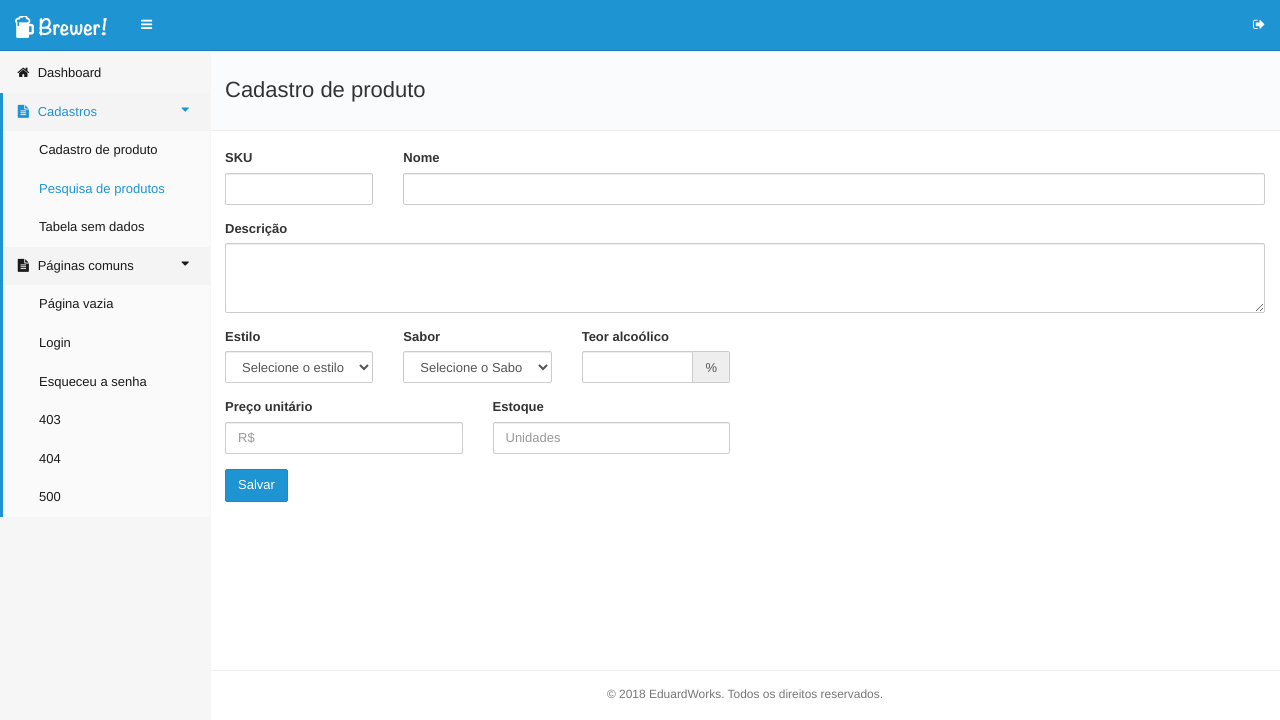
Repository: dumuller/spring-expert
Page: http://localhost/cerveja/CadastroCerveja
The author's editor kept a copy of each file at every save. The page is drawn from the files as they stood at one save, then again after the next save.
The browser window is 1280 px wide. The pictures show the whole page.
The page is this project's Thymeleaf template; nobody is signed in. The template is opened directly, without the code that normally fills it, so the values that code supplies are empty.

Above is the page before, as saved 2018-12-10 16:41:26.

### brewer/src/main/resources/templates/cerveja/CadastroCerveja.html
<!DOCTYPE html>
<html lang="pt"xmlns="http://www.w3.org/1999/xhtml "
	           xmlns:th="http://www.thymeleaf.org">
<head>
	<meta charset="UTF-8"/>
	<meta http-equiv="X-UA-Compatible" content="IE=edge"/>
	<meta name="viewport" content="width=device-width, initial-scale=1"/>

	<title>Brewer</title>

	<link rel="stylesheet" type="text/css" href="/brewer/layout/stylesheets/vendors.min.css"/>
	<link rel="stylesheet" type="text/css" href="/brewer/layout/stylesheets/algaworks.min.css"/>
	<link rel="stylesheet" type="text/css" href="/brewer/layout/stylesheets/application.css"/>

	<!-- HTML5 shim and Respond.js for IE8 support of HTML5 elements and media queries -->
	<!-- WARNING: Respond.js doesn't work if you view the page via file:// -->
	<!--[if lt IE 9]>
		<script src="https://oss.maxcdn.com/html5shiv/3.7.2/html5shiv.min.js"></script>
		<script src="https://oss.maxcdn.com/respond/1.4.2/respond.min.js"></script>
	<![endif]-->
</head>
<body>

	<div class="aw-layout-page">


	<nav class="navbar  navbar-fixed-top  navbar-default  js-sticky-reference" id="main-navbar">
	  <div class="container-fluid">

	    <div class="navbar-header">
	      <a class="navbar-brand  hidden-xs" href="#">
	        <img alt="AlgaWorks" src="/brewer/images/logo.png"/>
	      </a>

	      <ul class="nav  navbar-nav">
	        <li>
	          <a href="#" class="js-sidebar-toggle"><i class="fa  fa-bars"></i></a>
	        </li>
	      </ul>
	    </div>

	    <ul class="nav navbar-nav  navbar-right">

	      <li>
	        <a href="#"><em class="fa  fa-sign-out"></em></a>
	      </li>
	    </ul>

	  </div>
	</nav>

	<aside class="aw-layout-sidebar  js-sidebar">
		<div class="aw-layout-sidebar__content">

	    	<nav class="aw-menu  js-menu">
	      		<ul class="aw-menu__list">

	        	<li class="aw-menu__item">
	         	 	<a href="dashboard.html"><i class="fa  fa-fw  fa-home"></i><span>Dashboard</span></a>
	       		</li>

	        	<li class="aw-menu__item  is-active">
	          	<a href="#">
	            	<i class="fa  fa-fw  fa-file-text"></i><span>Cadastros</span>
	            	<i class="aw-menu__navigation-icon  fa"></i>
	          	</a>

	          	<ul class="aw-menu__list  aw-menu__list--sublist">
	            	<li class="aw-menu__item  aw-menu__item--link"><a href="cadastro-produto.html">Cadastro de produto</a></li>
	            	<li class="aw-menu__item  aw-menu__item--link  is-active"><a href="pesquisa-produtos.html">Pesquisa de produtos</a></li>
	            	<li class="aw-menu__item  aw-menu__item--link"><a href="tabela-sem-dados.html">Tabela sem dados</a></li>
	          	</ul>
	        	</li>

	        	<li class="aw-menu__item  is-expanded">
	          	<a href="#">
	            	<i class="fa  fa-fw  fa-file-text"></i><span>Páginas comuns</span>
	            	<i class="aw-menu__navigation-icon  fa"></i>
	          	</a>

	          	<ul class="aw-menu__list  aw-menu__list--sublist">
	            	<li class="aw-menu__item  aw-menu__item--link"><a href="pagina-vazia.html">Página vazia</a></li>
	            	<li class="aw-menu__item  aw-menu__item--link"><a href="login.html">Login</a></li>
	            	<li class="aw-menu__item  aw-menu__item--link"><a href="esqueceu-a-senha.html">Esqueceu a senha</a></li>
	            	<li class="aw-menu__item  aw-menu__item--link"><a href="403.html">403</a></li>
	            	<li class="aw-menu__item  aw-menu__item--link"><a href="404.html">404</a></li>
	            	<li class="aw-menu__item  aw-menu__item--link"><a href="500.html">500</a></li>
	          	</ul>
	        	</li>

	      		</ul>
	    	</nav>

		</div>
	</aside>

	<section class="aw-layout-content  js-content">


		<div class="page-header">
			<div class="container-fluid">
				<h1>
					Cadastro de produto
				</h1>
			</div>
		</div>

		<div class="container-fluid">

			<!-- <div class="alert  alert-danger  alert-dismissible" role="alert">
				<button type="button" class="close" data-dismiss="alert" aria-label="Close"><span aria-hidden="true">&times;</span></button>
				<i class="fa  fa-exclamation-circle"></i> Já existe um produto com o nome informado.
			</div> -->

			<form method="POST" th:object="${cerveja}" class="form-vertical  js-form-loading">
				<div class="row">
						<div class="col-sm-2 form-group">
							<label for="sku">SKU</label>
							<input id="sku" type="text" class="form-control"/>
						</div>

						<div class="col-sm-10 form-group">
							<label for="nome">Nome</label>
							<input id="nome" type="text" class="form-control"></input>
						</div>

				</div>

				<div class="form-group">
					<label for="descricao">Descrição</label>
					<textarea id="descricao" rows="3" class="form-control"></textarea>
				</div>

				<div class="row">
						<div class="col-sm-2 form-group">
							<label for="estilo">Estilo</label>
							<select id="estilo" class="form-control">
								<option value="">Selecione o estilo</option>
								<option value="1">Pale Ale</option>
								<option value="2">Pilsen</option>
								<option value="3">Weiss</option>
								<option value="4">IPA</option>
							</select>
						</div>

						<div class="col-sm-2 form-group">
							<label for="sabor">Sabor</label>
							<select id="sabor" class="form-control">
								<option value="">Selecione o Sabor</option>
								<option value="1">Trigo</option>
								<option value="2">Frutada</option>
								<option value="3">Puro Malte</option>
							</select>
						</div>

						<div class="col-sm-2 form-group">
							<label for="teorAlcoolico">Teor alcoólico</label>
							<div class="input-group">
								<input id="teorAlcoolico" type="text" class="form-control"/>
								<div class="input-group-addon">%</div>
							</div>

						</div>
				</div>

				<div class="row">
					<div class="col-sm-3">
						<div class="form-group">
							<label for="input-produto-preco">Preço unitário</label>
							<input id="input-produto-preco" type="text" class="form-control" placeholder="R$"/>
						</div>
					</div>

					<div class="col-sm-3">
						<div class="form-group">
							<label for="input-produto-estoque">Estoque</label>
							<input id="input-produto-estoque" type="text" class="form-control" placeholder="Unidades"/>
						</div>
					</div>
				</div>

				<div class="form-group">
					<button class="btn  btn-primary" type="submit">Salvar</button>
				</div>

			</form>
		</div>

	</section>

	<footer class="aw-layout-footer  js-content">
		<div class="container-fluid">
			<span class="aw-footer-disclaimer">&copy; 2018 EduardWorks. Todos os direitos reservados.</span>
		</div>
	</footer>

</div>

<script src="/brewer/layout/javascripts/vendors.min.js"></script>
<script src="/brewer/layout/javascripts/algaworks.min.js"></script>

</body>
</html>

### brewer/src/main/resources/static/layout/stylesheets/application.css
.table-pesq-produto-col-preco {
  min-width: 130px;
  text-align: center;
  display: none !important;
}
@media (min-width: 992px) {
  .table-pesq-produto-col-preco {
    display: block !important;
  }
  table.table-pesq-produto-col-preco {
    display: table !important;
  }
  tr.table-pesq-produto-col-preco {
    display: table-row !important;
  }
  th.table-pesq-produto-col-preco,
  td.table-pesq-produto-col-preco {
    display: table-cell !important;
  }
}
.table-pesq-produto-col-estoque {
  min-width: 100px;
  text-align: center;
  display: none !important;
}
@media (min-width: 992px) {
  .table-pesq-produto-col-estoque {
    display: block !important;
  }
  table.table-pesq-produto-col-estoque {
    display: table !important;
  }
  tr.table-pesq-produto-col-estoque {
    display: table-row !important;
  }
  th.table-pesq-produto-col-estoque,
  td.table-pesq-produto-col-estoque {
    display: table-cell !important;
  }
}
.table-pesq-produto-col-status {
  min-width: 100px;
  text-align: center;
}
.table-pesq-produto-col-acoes {
  min-width: 105px;
  text-align: center;
}

Loaded but not shown: brewer/src/main/resources/static/layout/stylesheets/vendors.min.css (library); brewer/src/main/resources/static/layout/stylesheets/algaworks.min.css (library); brewer/src/main/resources/static/layout/javascripts/vendors.min.js (library); brewer/src/main/resources/static/layout/javascripts/algaworks.min.js (common file)

After the next save:
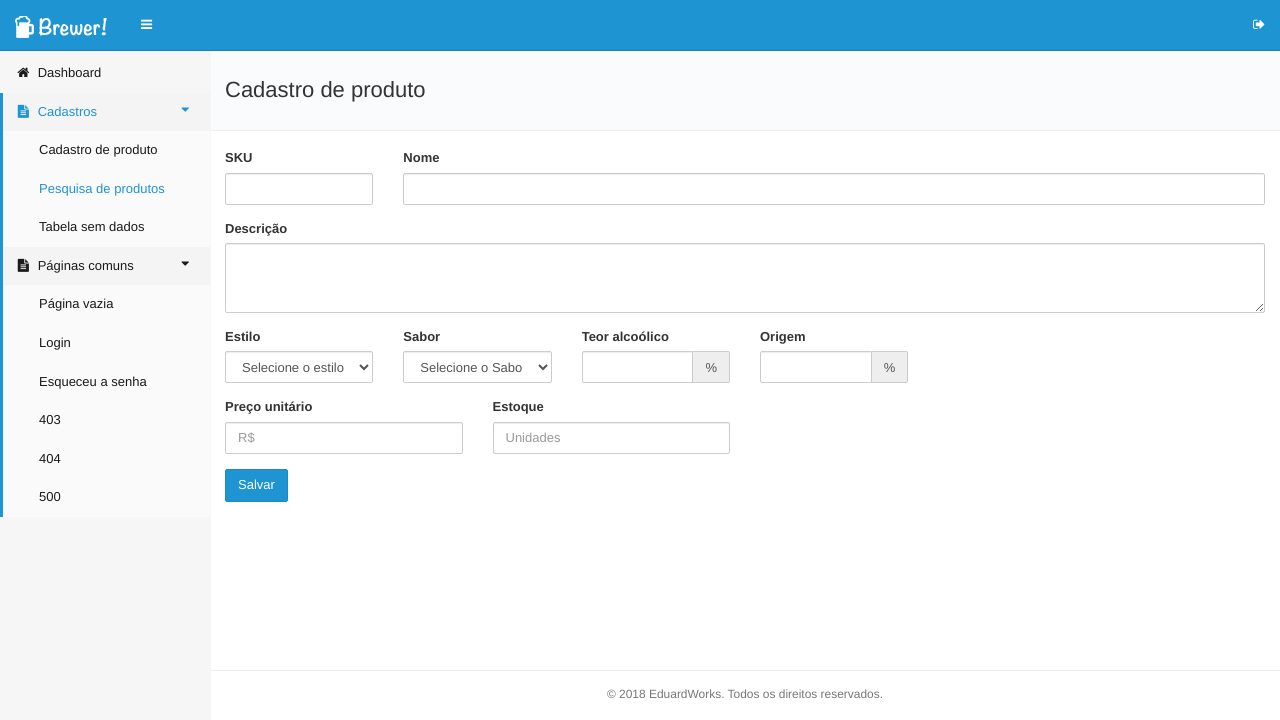
Saved 38 s later.
--- a/brewer/src/main/resources/templates/cerveja/CadastroCerveja.html
+++ b/brewer/src/main/resources/templates/cerveja/CadastroCerveja.html
@@ -161,6 +161,15 @@
 							</div>
 
 						</div>
+
+						<div class="col-sm-2 form-group">
+							<label for="origem">Origem</label>
+							<div class="input-group">
+								<input id="teorAlcoolico" type="text" class="form-control"/>
+								<div class="input-group-addon">%</div>
+							</div>
+
+						</div>
 				</div>
 
 				<div class="row">
